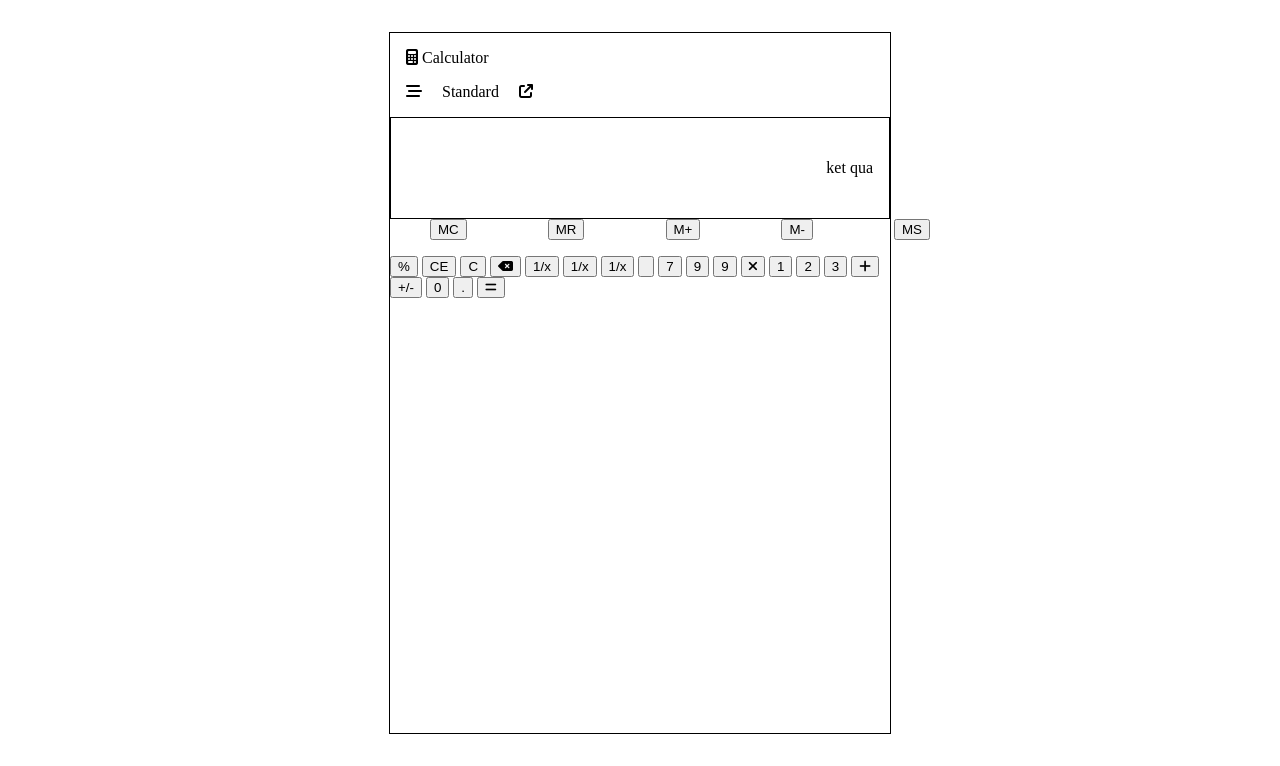
Repository: tungts3qb/Javascript
Page: Calculator/Calculator.html
These files come from the project's save history. The page is drawn as it stood at one moment and after the next save; the edit follows.
The browser window is 1280 px wide. The pictures show the whole page.

Above is the page before, as saved 2022-12-26 15:46:08.

### Calculator/Calculator.html
<!DOCTYPE html>
<html lang="en">
  <head>
    <meta charset="UTF-8" />
    <meta http-equiv="X-UA-Compatible" content="IE=edge" />
    <meta name="viewport" content="width=device-width, initial-scale=1.0" />
    <link rel="stylesheet" href="./style.css" />
    <link
      rel="stylesheet"
      href="https://cdnjs.cloudflare.com/ajax/libs/font-awesome/6.2.1/css/all.min.css"
      integrity="sha512-MV7K8+y+gLIBoVD59lQIYicR65iaqukzvf/nwasF0nqhPay5w/9lJmVM2hMDcnK1OnMGCdVK+iQrJ7lzPJQd1w=="
      crossorigin="anonymous"
      referrerpolicy="no-referrer"
    />
    <title>Calculator</title>
  </head>
  <body>
    <div class="calculator">
      <div class="calculator-header">
        <i class="fa-solid fa-calculator"></i>
        <span>Calculator</span>
      </div>
      <div class="calculator-nav">
        <i class="fa-solid fa-bars-staggered"></i>
        <span>Standard</span>
        <i class="fa-solid fa-arrow-up-right-from-square"></i>
      </div>
      <div class="caculator-result"><span>ket qua</span></div>
      <div class="calculator-special-function">
        <ul>
          <li><button>MC</button></li>
          <li><button>MR</button></li>
          <li><button>M+</button></li>
          <li><button>M-</button></li>
          <li><button>MS</button></li>
        </ul>
      </div>
      <div class="calculator-buttons">
        <button class="calculator-button">%</button>
        <button class="calculator-button">CE</button>
        <button class="calculator-button">C</button>
        <button class="calculator-button">
          <i class="fa-solid fa-delete-left"></i>
        </button>
        <button class="calculator-button">1/x</button>
        <button class="calculator-button">1/x</button>
        <button class="calculator-button">1/x</button>
        <button class="calculator-button">
          <i class="fas fa-buttonide"></i>
        </button>
        <button class="calculator-button">7</button>
        <button class="calculator-button">9</button>
        <button class="calculator-button">9</button>
        <button class="calculator-button"><i class="fas fa-times"></i></button>
        <button class="calculator-button">1</button>
        <button class="calculator-button">2</button>
        <button class="calculator-button">3</button>
        <button class="calculator-button"><i class="fas fa-plus"></i></button>
        <button class="calculator-button">+/-</button>
        <button class="calculator-button">0</button>
        <button class="calculator-button">.</button>
        <button class="calculator-button"><i class="fas fa-equals"></i></button>
      </div>
    </div>
    <script src="./script.js"></script>
  </body>
</html>

### Calculator/style.css
.calculator {
  width: 500px;
  height: 700px;
  border: 1px solid black;
  margin: 2rem auto;
}

.calculator-header {
  margin-top: 1rem;
  padding-left: 1rem;
}

.calculator-nav {
  padding-left: 1rem;
  margin-top: 1rem;
}

.calculator-nav span {
  margin-left: 1rem;
  margin-right: 1rem;
}

.caculator-result {
  border: 1px solid black;
  margin-top: 1rem;
  height: 100px;
  display: flex;
  justify-content: flex-end;
  align-items: center;
}

.caculator-result span {
  display: block;
  margin-right: 1rem;
}

/* .calculator-special-function {
  display: flex;
  align-items: center;
  justify-content: center;
} */
.calculator-special-function ul {
  width: 100%;
  margin-left: 0;
  list-style: none;
  display: flex;
  margin-top: 0;
  justify-content: space-between;
  align-items: center;
}

Loaded but not shown: Calculator/script.js (no stored copy; drawn as an empty file)

After the next save:
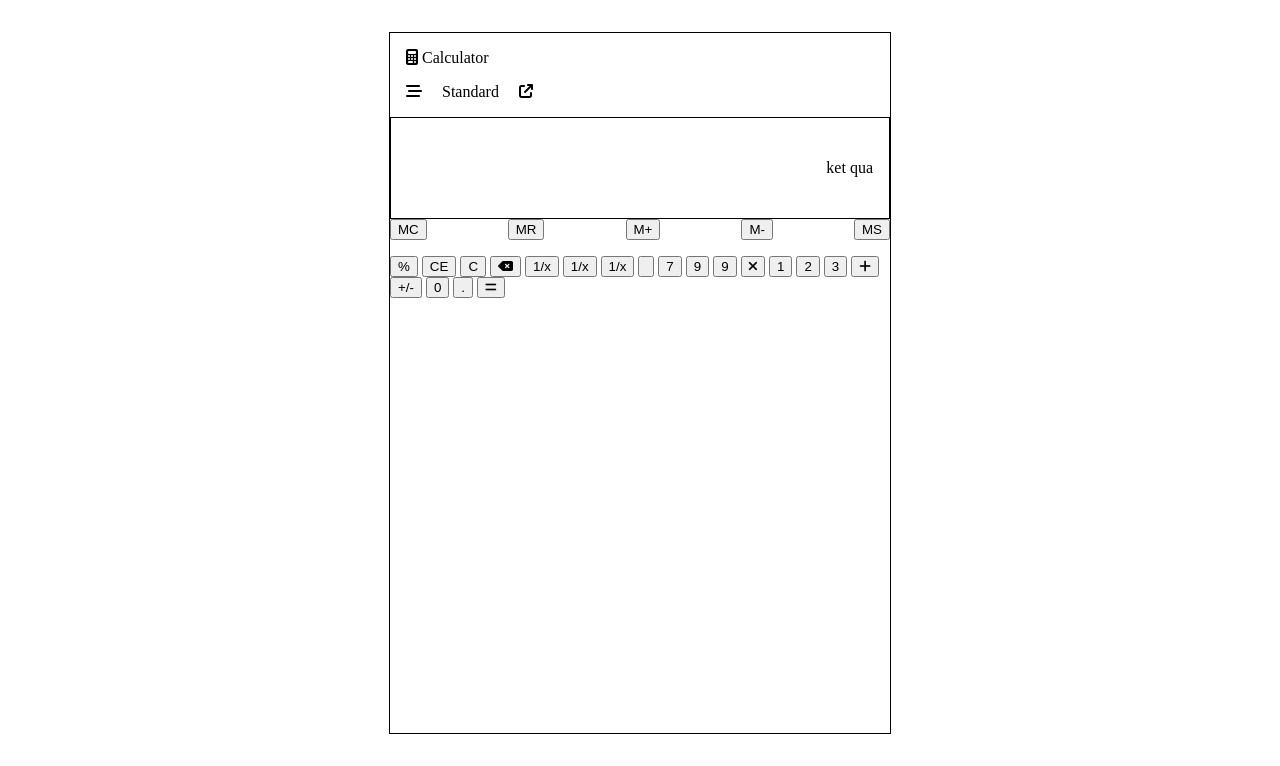
Saved 11 s later.
--- a/Calculator/style.css
+++ b/Calculator/style.css
@@ -41,7 +41,7 @@
 } */
 .calculator-special-function ul {
   width: 100%;
-  margin-left: 0;
+  padding-left: 0;
   list-style: none;
   display: flex;
   margin-top: 0;
